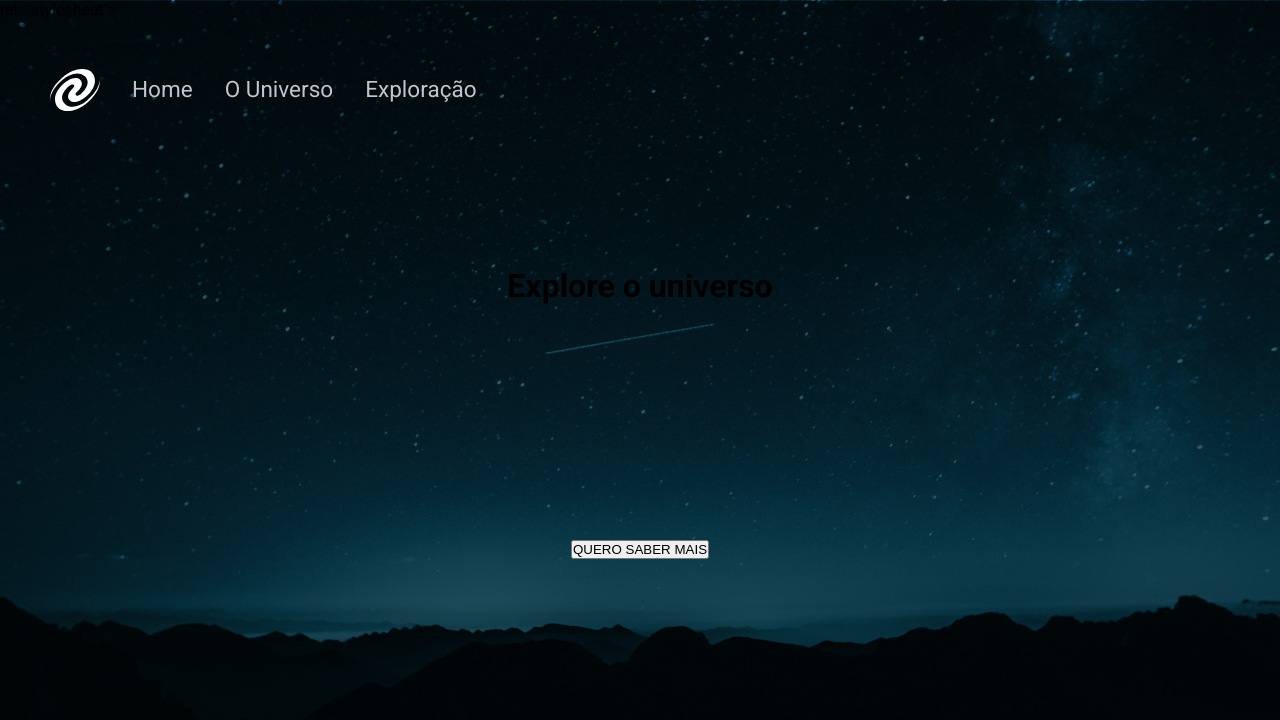
Repository: eltonneiferson/spaUniverse
Page: index.html
An editor plug-in stored every save of this project. The page is shown before and after the next save, followed by the edit.
The browser window is 1280 px wide. The pictures show the whole page.

Above is the page before, as saved 2022-10-26 22:18:57.

After the next save:
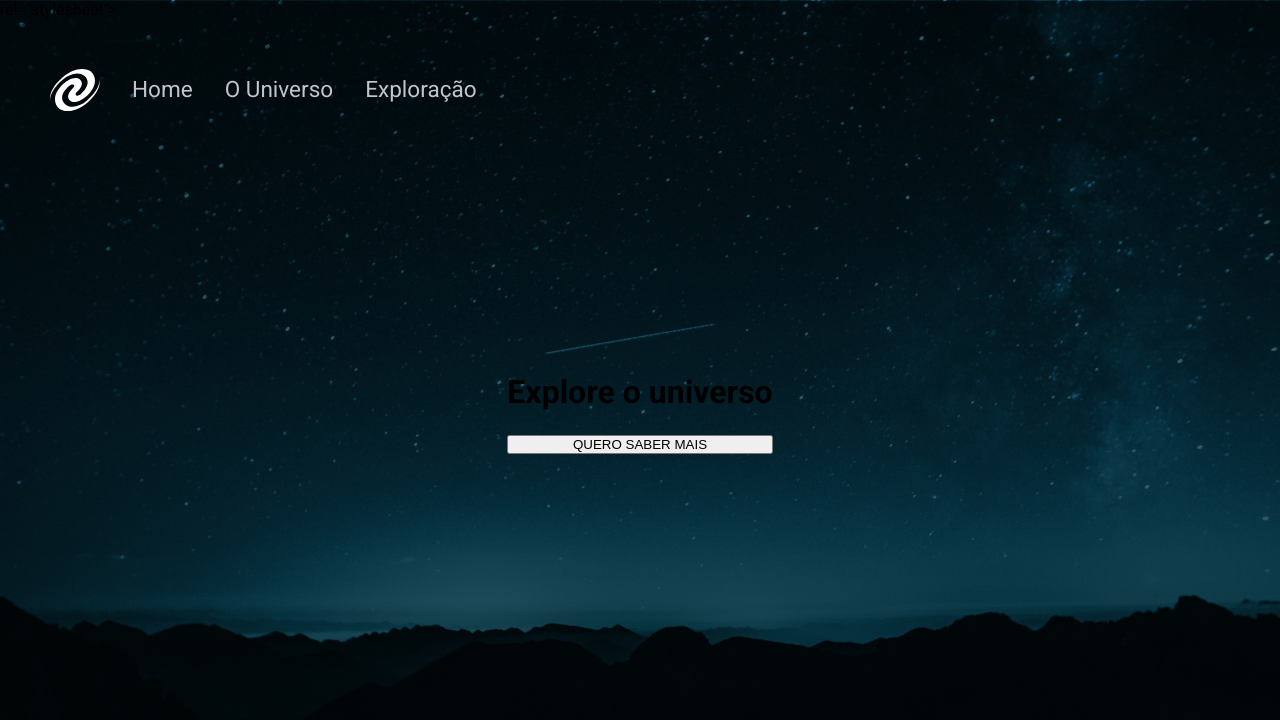
Saved 106 s later.
--- a/stylle.css
+++ b/stylle.css
@@ -41,6 +41,6 @@ nav a:hover {
 main {
     min-height: 70vh;
     display: grid;
-    place-items: center;
+    place-content: center;
     gap: 24px;
 }
